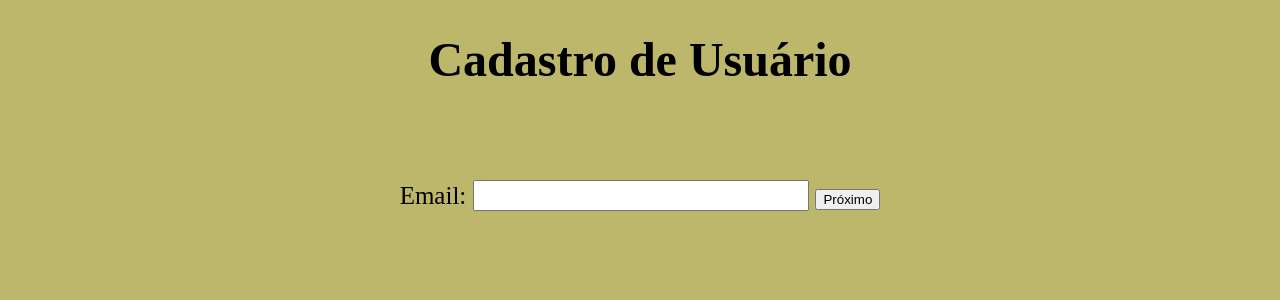
Repository: yoda4ever/playground
Page: http://localhost/Mod06_ex02B/tela1.jsp
An editor plug-in stored every save of this project. The page is shown before and after the next save, followed by the edit.
The browser window is 1280 px wide. The pictures show the whole page.
The page is served by Tomcat 9. Other server files are loaded and not shown.

Above is the page before, as saved 2017-05-06 15:49:54.

### Mod06_ex02B/WebContent/tela1.jsp
<%@ page language="java" contentType="text/html; charset=ISO-8859-1"
    pageEncoding="ISO-8859-1"%>
<!DOCTYPE html PUBLIC "-//W3C//DTD HTML 4.01 Transitional//EN" "http://www.w3.org/TR/html4/loose.dtd">
<html>
<head>
<meta http-equiv="Content-Type" content="text/html; charset=ISO-8859-1">
<title>Cadastro</title>
</head>
<body style="background-color: darkkhaki;">

		<center>
			<h1 style="font-family: cursive;font-size: -webkit-xxx-large;">
				Cadastro de Usuário
			</h1>
		</center>

		<br><br>

		<center>
			<form action="Cadastrar" method="post">
				<input type="hidden" name="pagina" value="1">

				<p style="font-size: 25px;font-family: cursive;"> Email:
					<input type="text" maxlength="35" name="email" style="height: 25px; width: 26%; font-size: 26px;">
					<button>Próximo</button>
				</p>
			</form>
		</center>



</body>
</html>

After the next save:
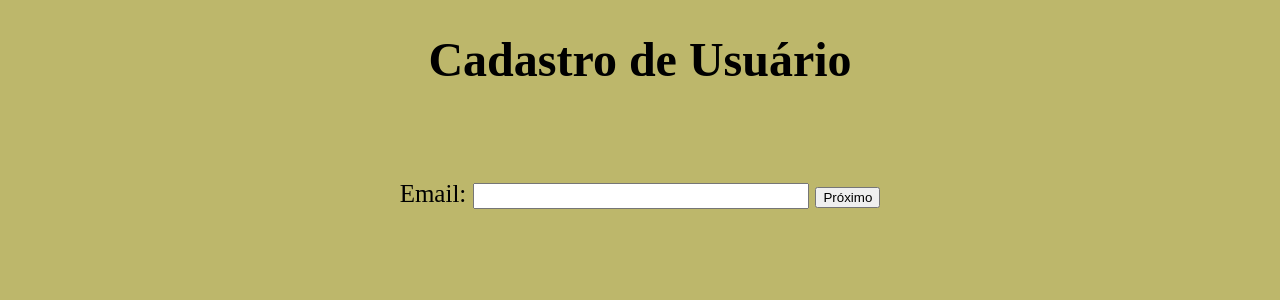
Saved 81 s later.
--- a/Mod06_ex02B/WebContent/tela1.jsp
+++ b/Mod06_ex02B/WebContent/tela1.jsp
@@ -21,7 +21,7 @@
 				<input type="hidden" name="pagina" value="1">
 
 				<p style="font-size: 25px;font-family: cursive;"> Email:
-					<input type="text" maxlength="35" name="email" style="height: 25px; width: 26%; font-size: 26px;">
+					<input type="text" maxlength="35" name="email" style="height: 20px; width: 26%; font-size: 20px;">
 					<button>Próximo</button>
 				</p>
 			</form>
